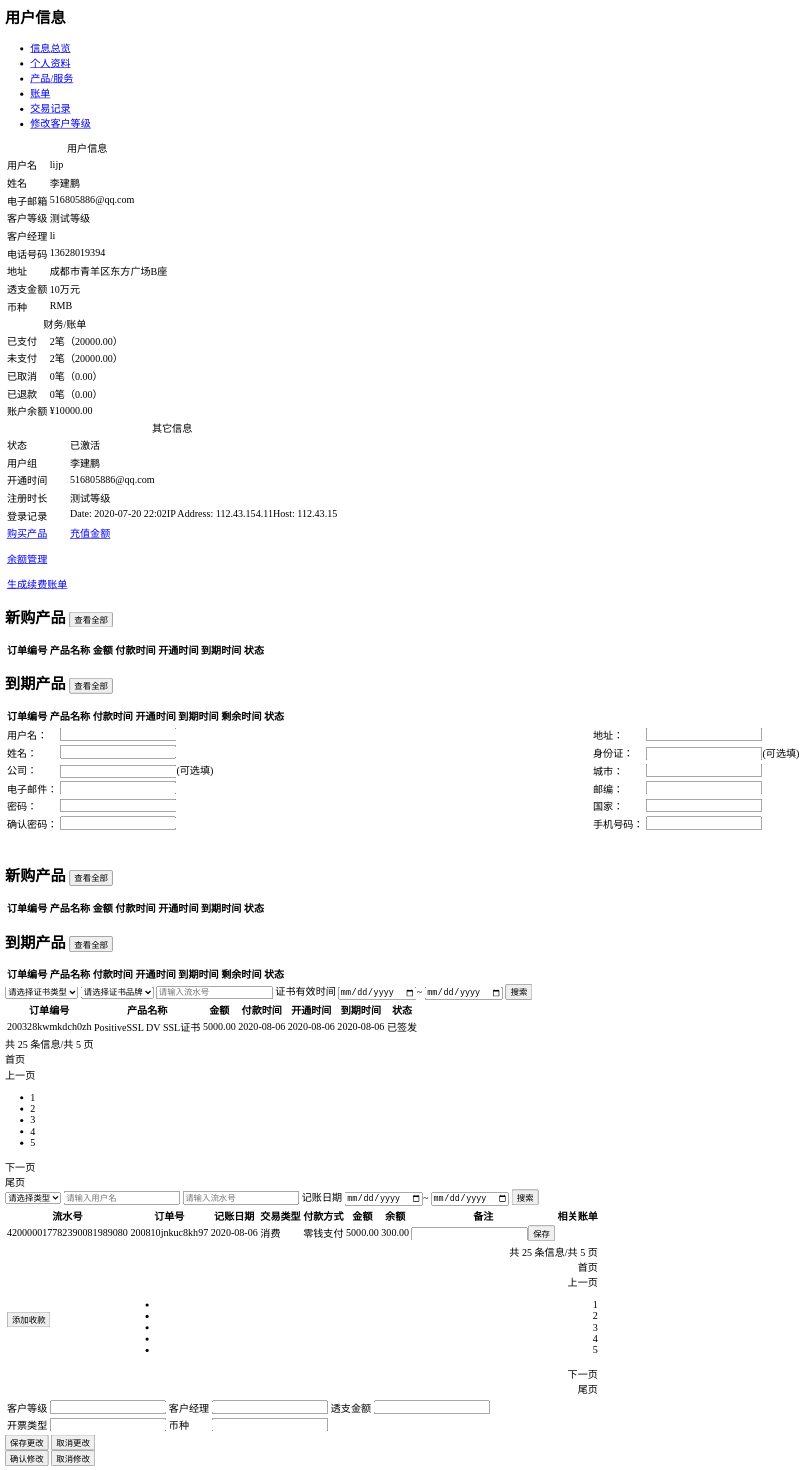
Repository: wangyan466393/racentSystem
Page: customerData.html
The author's editor kept a copy of each file at every save. The page is drawn from the files as they stood at one save, then again after the next save.
The browser window is 1280 px wide. The pictures show the whole page, at 63% of full size.

Above is the page before, as saved 2020-08-13 18:30:18.

After the next save:
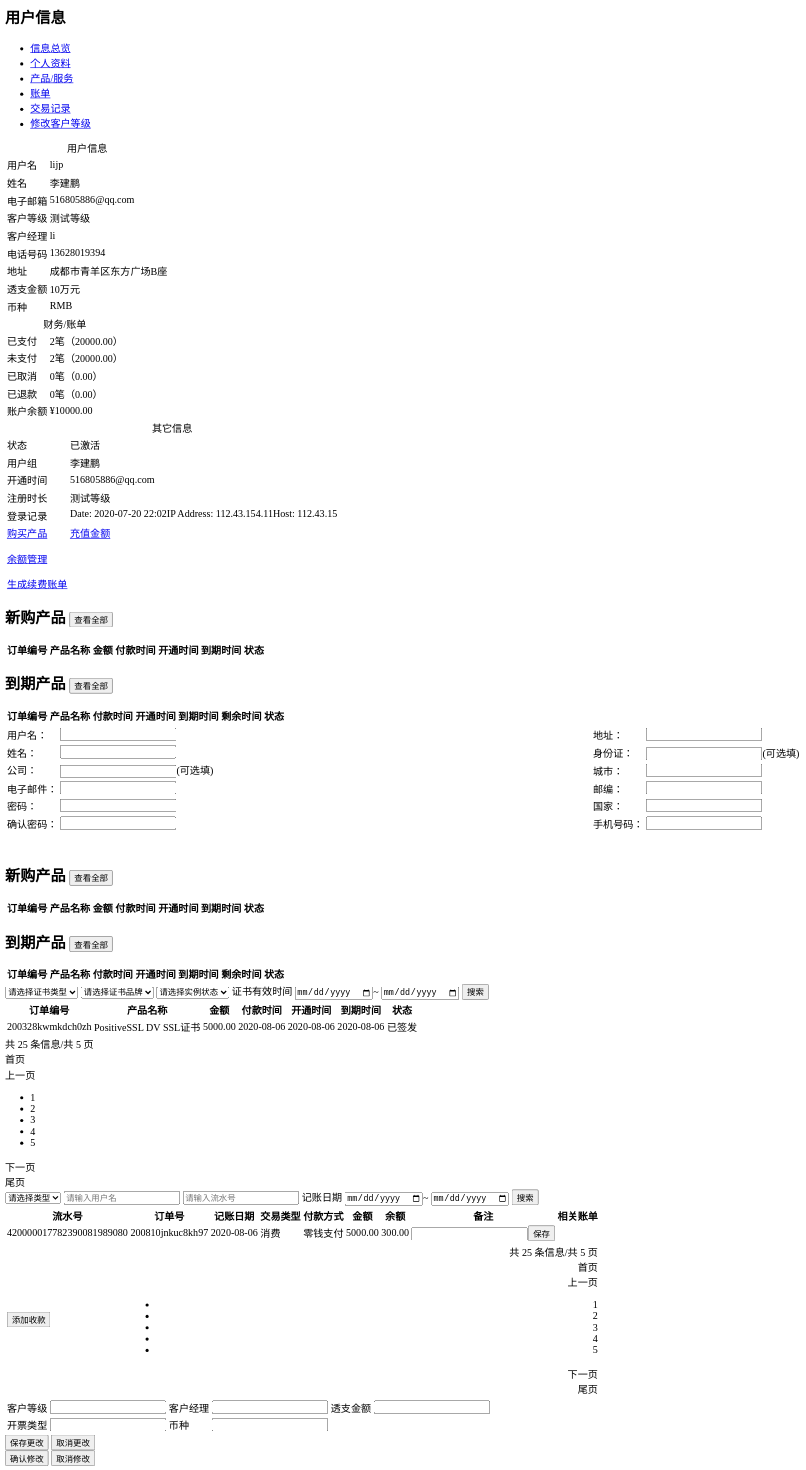
Saved 22 s later.
--- a/customerData.html
+++ b/customerData.html
@@ -304,7 +304,9 @@
                         </select>
                     </span>
                     <span>
-                        <input type="text" placeholder="请输入流水号">
+                        <select name="" id="sel_val">
+                            <option value="all">请选择实例状态</option>
+                        </select>
                     </span>
                     <span>
                         证书有效时间
